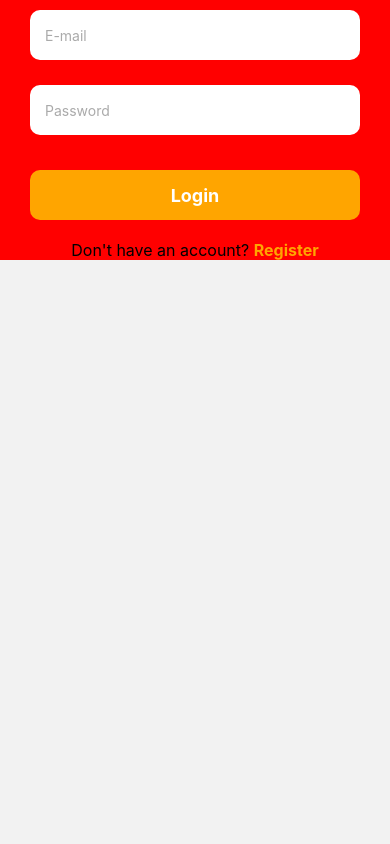
Repository: ds-mbappe/UpShoCal
Screen: /
An editor plug-in stored every save of this project. The screen is shown before and after the next save, followed by the edit.
The app was drawn by React Native's web renderer in a window 390 px wide. The project was rebuilt for these pictures with package versions that can differ from the ones it lists, and the page was loaded fresh each time. Also part of the build but not shown: data.js, Screens/Home.js, Screens/Product.js, Screens/Registration.js.

Above is the screen before, as saved 2022-06-07 13:27:31.

### App.js
import React, { useEffect, useState } from "react";
import { NavigationContainer } from "@react-navigation/native";
import { createNativeStackNavigator } from "@react-navigation/native-stack";
import { createDrawerNavigator } from "@react-navigation/drawer";
import Home from "./Screens/Home";
import Product from "./Screens/Product";
import Login from "./Screens/Login";
import Registration from "./Screens/Registration";

const Stack = createNativeStackNavigator();
const Drawer = createDrawerNavigator();

const Root = () => {
  return (
    <Stack.Navigator initialRouteName="Home">
      <Stack.Screen
        name="Root"
        component={Home}
        options={{ headerShown: false }}
      />
      <Stack.Screen
        name="Product"
        component={Product}
        options={{ headerShown: false }}
      />
    </Stack.Navigator>
  );
};

export default function App() {
  const [loading, setLoading] = useState(true);

  const [user, setUser] = useState(null);

  return (
    <NavigationContainer>
      <Stack.Navigator>
        {user ? (
          <Stack.Screen
            name="Root"
            component={Root}
            options={{ headerShown: false }}
          />
        ) : (
          <>
            <Stack.Screen
              name="Login"
              component={Login}
              options={{ headerShown: false }}
            />
            <Stack.Screen
              name="Registration"
              component={Registration}
              options={{ headerShown: false }}
            />
          </>
        )}
      </Stack.Navigator>
    </NavigationContainer>
    // <NavigationContainer>
    //   <Drawer.Navigator screenOptions={{ drawerPosition: "right" }}>
    //     <Drawer.Screen
    //       name="Home"
    //       component={Root}
    //       options={{ headerShown: false }}
    //     />
    //   </Drawer.Navigator>
    // </NavigationContainer>
  );
}

### Screens/Login.js
import {
  StyleSheet,
  Text,
  TextInput,
  TouchableOpacity,
  View,
  ScrollView,
} from "react-native";
import React, { useState } from "react";

const Login = ({ navigation }) => {
  const [email, setEmail] = useState("");

  const [password, setPassword] = useState("");

  const onFooterLinkPress = () => {
    navigation.navigate("Registration");
  };

  const onLoginPress = () => {
    console.log("Pressed");
  };

  return (
    <View style={styles.container}>
      <ScrollView
        style={{ flex: 1, width: "100%" }}
        contentContainerStyle={{ backgroundColor: "red" }}
      >
        <TextInput
          style={styles.input}
          placeholder="E-mail"
          placeholderTextColor="#AAAAAA"
          onChangeText={(text) => setEmail(text)}
          value={email}
          autoCapitalize="none"
        />
        <TextInput
          style={styles.input}
          placeholder="Password"
          placeholderTextColor="#AAAAAA"
          secureTextEntry={true}
          onChangeText={(text) => setPassword(text)}
          value={password}
          autoCapitalize="none"
        />
        <TouchableOpacity style={styles.button} onPress={() => onLoginPress()}>
          <Text style={styles.buttonTitle}>Login</Text>
        </TouchableOpacity>
        <View style={styles.footerView}>
          <Text style={styles.footerText}>
            Don't have an account?{" "}
            <Text style={styles.footerLink} onPress={onFooterLinkPress}>
              Register
            </Text>
          </Text>
        </View>
      </ScrollView>
    </View>
  );
};

export default Login;

const styles = StyleSheet.create({
  container: {
    flex: 1,
    justifyContent: "center",
    alignItems: "center",
  },
  input: {
    height: 50,
    borderRadius: 10,
    overflow: "hidden",
    backgroundColor: "white",
    marginTop: 10,
    marginBottom: 15,
    marginStart: 30,
    marginEnd: 30,
    paddingStart: 15,
  },
  button: {
    backgroundColor: "orange",
    marginStart: 30,
    marginEnd: 30,
    marginTop: 20,
    borderRadius: 10,
    height: 50,
    justifyContent: "center",
    alignItems: "center",
  },
  buttonTitle: {
    color: "white",
    fontSize: 18,
    fontWeight: "bold",
  },
  footerView: {
    flex: 1,
    justifyContent: "center",
    alignItems: "center",
    marginTop: 20,
  },
  footerText: {
    fontSize: 16,
    color: "black",
  },
  footerLink: {
    color: "orange",
    fontWeight: "bold",
    fontSize: 16,
  },
});

After the next save:
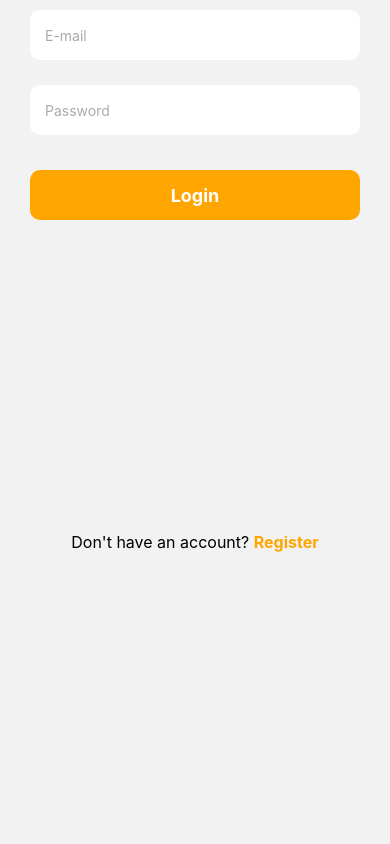
Saved 12 s later.
--- a/Screens/Login.js
+++ b/Screens/Login.js
@@ -25,7 +25,7 @@ const Login = ({ navigation }) => {
     <View style={styles.container}>
       <ScrollView
         style={{ flex: 1, width: "100%" }}
-        contentContainerStyle={{ backgroundColor: "red" }}
+        contentContainerStyle={{ flex: 1 }}
       >
         <TextInput
           style={styles.input}
